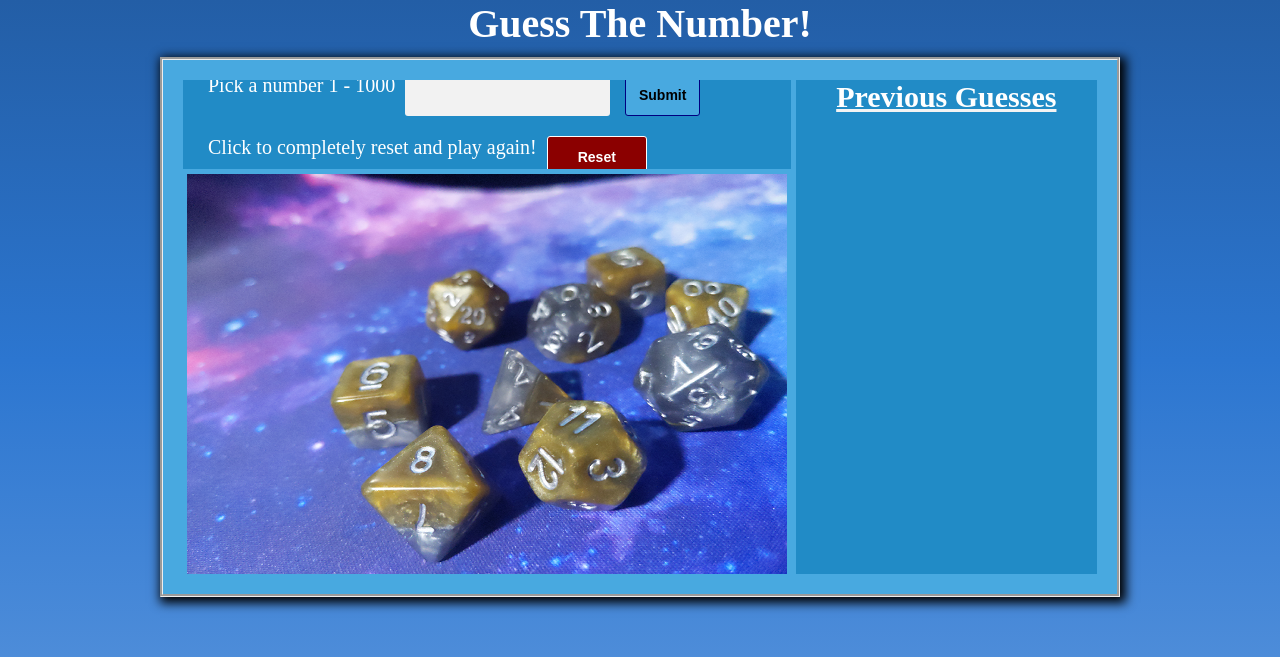
Repository: mlmEFSC21/P15-Modified-Guessing-Game
Page: guess.html
These files come from the project's save history. The page is drawn as it stood at one moment and after the next save; the edit follows.
The browser window is 1280 px wide. The pictures show the whole page.

Above is the page before, as saved 2022-03-23 18:39:48.

### guess.html
<!DOCTYPE html>
<html lang="en">
    <head>
        <meta charset="UTF-8" />
        <meta http-equiv="X-UA-Compatible" content="IE=edge" />
        <meta name="viewport" content="width=device-width, initial-scale=1.0" />
        <link rel="stylesheet" href="guess.css" />
        <script src="guess.js" defer></script>
        <title>Guessing Game</title>
    </head>
    <body>
        <header>
            <h1 class="pageTitle">Guess The Number!</h1>
        </header>
        <section>
            <div class="gameContainer" id="container">
                <div class="results" id="results">
                    <form action="" class="inputForm">
                        <label for="guessInput">Pick a number 1 - 1000</label>
                        <input
                            type="text"
                            required
                            name="guessInput"
                            class="guessInput"
                            id="guessInput"
                        />
                        <input type="button" class="submitBtn" id="submitBtn" value="Submit" />
                        <label for="resetBtn">Click to completely reset and play again!</label>
                        <button type="reset" class="resetBtn" id="resetBtn" name="Reset">
                            Reset
                        </button>
                    </form>
                </div>
                <img
                    src="images\goldSilverDice.png"
                    alt="Gold and silver colored dice. From 4 sides up to 20 sides"
                />
                <div class="guessesContainer" id="guessesContainer">
                    <h2>Previous Guesses</h2>
                    <ul class="guesses" id="guessList"></ul>
                </div>
            </div>
        </section>
    </body>
</html>

### guess.css
:root {
    --clr-primary: #218bc6;
    --clr-secondary: #48a9e0;
    --clr-tertiary: #235ea6;
}

*,
*::after,
*::before {
    box-sizing: border-box;
    margin: 0;
    padding: 0;
}
body {
    background-image: linear-gradient(var(--clr-tertiary), #2c76d0, #5491db);
    height: 100vh;
    background-position: center;
    background-repeat: no-repeat;
    background-size: cover;
    color: white;
    font-size: 20px;
}
.pageTitle {
    text-align: center;
}
.gameContainer {
    background-color: var(--clr-secondary);
    display: grid;
    max-width: 960px;
    height: 75vh;
    margin: 10px auto;
    padding: 20px;
    grid-template-columns: repeat(3, 1fr);
    grid-template-rows: repeat(4, 1fr);
    gap: 5px;
    align-items: center;
    justify-content: center;
    border: groove;
    box-shadow: 3px 3px 10px 3px black;
}
.results {
    background-color: var(--clr-primary);
    display: flex;
    flex-direction: column-reverse;
    margin: 10px auto;
    padding: 0 25px;
    grid-column: 1 / 3;
    grid-row: 1 / 3;
    height: 100%;
    justify-content: center;
    align-items: center;
    text-align: center;
    overflow: hidden;
}
input,
button {
    margin: 10px 0;
    margin-left: 10px;
}
.inputForm {
    display: flex;
    flex-wrap: wrap;
}
label {
    margin-right: 15px;
    margin: 10px 0;
}
input {
    border: none;
    -webkit-appearance: none;
    -ms-appearance: none;
    -moz-appearance: none;
    appearance: none;
    background: #f2f2f2;
    padding: 12px;
    border-radius: 3px;
    outline: none;
    font-size: 14px;
}
img {
    width: 600px;
    height: 400px;
    grid-column: 1 / 3;
    grid-row: 3 / 5;
    align-self: center;
    justify-self: center;
}
button {
    border: solid 1px white;
    margin-bottom: 10px;
    padding: 12px;
    border-radius: 3px;
    width: 100px;
    height: 40px;
    outline: none;
    font-size: 14px;
}
h2 {
    text-decoration: underline;
    text-decoration-color: #f3f3f3;
}
.submitBtn {
    background: var(--clr-secondary);
    border: solid 0.5px navy;
    margin-left: 15px;
    width: 75px;
    font-weight: bold;
}
.submitBtn:hover {
    background: #44b3db;
}
.resetBtn {
    background: darkred;
    color: white;
    font-weight: bold;
}
.resetBtn:hover {
    background: red;
}
.guessesContainer {
    background-color: var(--clr-primary);
    display: flex;
    flex-direction: column;
    flex-grow: 2;
    height: 100%;
    grid-row: 1 / 5;
    align-items: center;
    overflow: hidden;
}
/* the h3 that is appended by the js. It was hugging the container too much. */
h3 {
    margin: 10px;
    text-align: center;
}
.hint {
    font-style: italic;
    text-decoration: underline;
}

### guess.js
let randomNumber = Math.floor(Math.random() * 1000 + 1);
let guesses = [];

const guessInput = document.getElementById("guessInput");
const resultsDiv = document.getElementById("results");
const submitButton = document.getElementById("submitBtn");
const resetButton = document.getElementById("resetBtn");
const p = document.createElement("p");
const ul = document.getElementById("guessList");
const li = document.createElement("li");
const guessesContainer = document.getElementById("guessesContainer");
const winningMessage = document.createElement("h3");
const hint = document.createElement("h3");

//checks to see if the guess is higher, lower, or equal to
function checkGuess() {
    const currentGuess = Number(guessInput.value);
    if (currentGuess == randomNumber) {
        guesses.push(currentGuess);
        p.innerText = "Congratulations! You guessed the number!";
        resultsDiv.append(p);
        countGuesses();
    }
    if (currentGuess < randomNumber) {
        guesses.push(currentGuess);
        p.innerText = "Too low. Try again!";
        resultsDiv.append(p);
        trackGuesses();
    }
    if (currentGuess > randomNumber) {
        guesses.push(currentGuess);
        p.innerText = "Too high. Try again!";
        resultsDiv.append(p);
        trackGuesses();
    }
}
//tracks previous guess in a <ul>. Removes <li> and populates from guesses[] each time.
function trackGuesses() {
    while (ul.hasChildNodes()) {
        ul.removeChild(ul.firstChild);
    }
    for (i = 0; i <= guesses.length - 1; i++) {
        let li = document.createElement("li");
        li.innerText = guesses[i];
        ul.appendChild(li);
    }
}

//counts how many guesses. Uses array length.
function countGuesses() {
    let numOfGuesses = guesses.length;
    if (numOfGuesses < 10) {
        winningMessage.innerText = `${numOfGuesses} guesses?! Either you know the secret or you got lucky!`;
        guessesContainer.append(winningMessage);
    } else if (numOfGuesses == 10) {
        winningMessage.innerText = `${numOfGuesses} guesses. Ahah! You know the secret!`;
        guessesContainer.append(winningMessage);
    } else if (numOfGuesses > 10) {
        winningMessage.innerText = `Yikes! ${numOfGuesses} guesses... You should be able to do better!`;
        hint.innerHTML = '*Hint* Knowing the trick is <span class="hint">half</span> the battle.';
        guessesContainer.append(winningMessage);
        guessesContainer.append(hint);
    }
}
// creates a new random number for replay
function newRNG() {
    randomNumber = Math.floor(Math.random() * 10 + 1);
}
//resets the game completely.
function resetGame() {
    p.innerText = "";
    resultsDiv.append(p);
    while (ul.hasChildNodes()) {
        ul.removeChild(ul.firstChild);
    }
    winningMessage.remove();
    guesses = [];
    newRNG();
    //logging random number for debugging.
    console.log(randomNumber);
}

submitButton.addEventListener("click", checkGuess);
resetButton.addEventListener("click", resetGame);
//logging random number for debugging.
console.log(randomNumber);

After the next save:
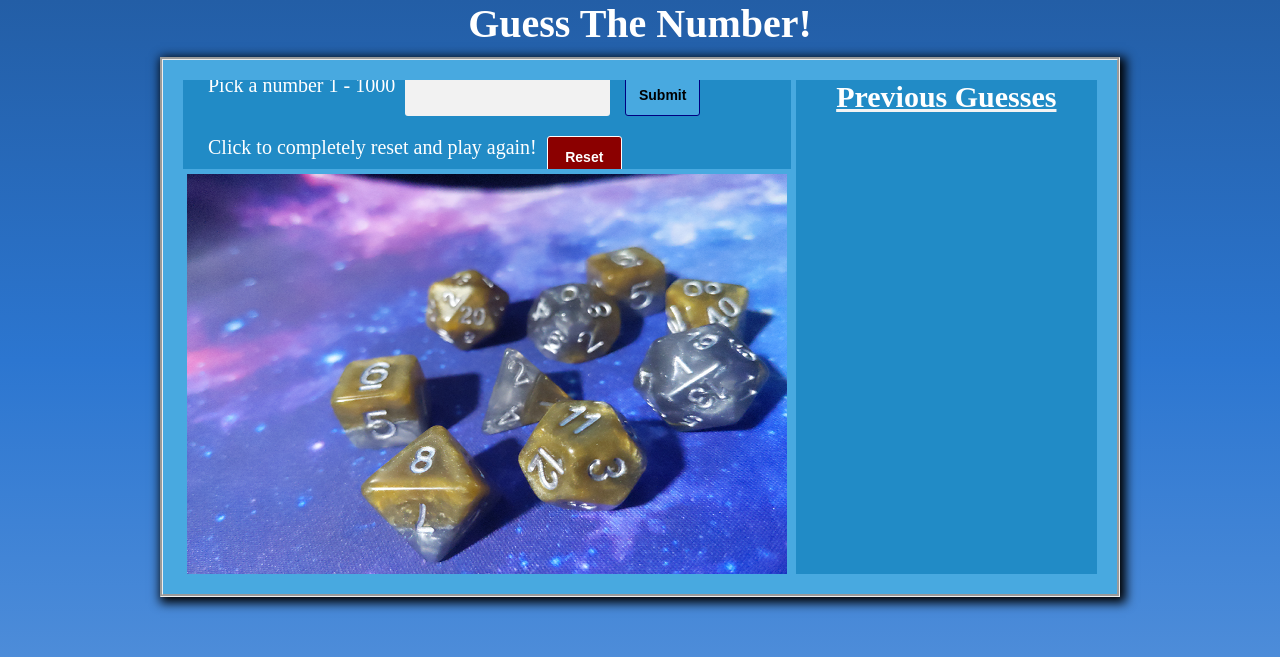
Saved 12 s later.
--- a/guess.css
+++ b/guess.css
@@ -90,7 +90,7 @@ button {
     margin-bottom: 10px;
     padding: 12px;
     border-radius: 3px;
-    width: 100px;
+    width: 75px;
     height: 40px;
     outline: none;
     font-size: 14px;
